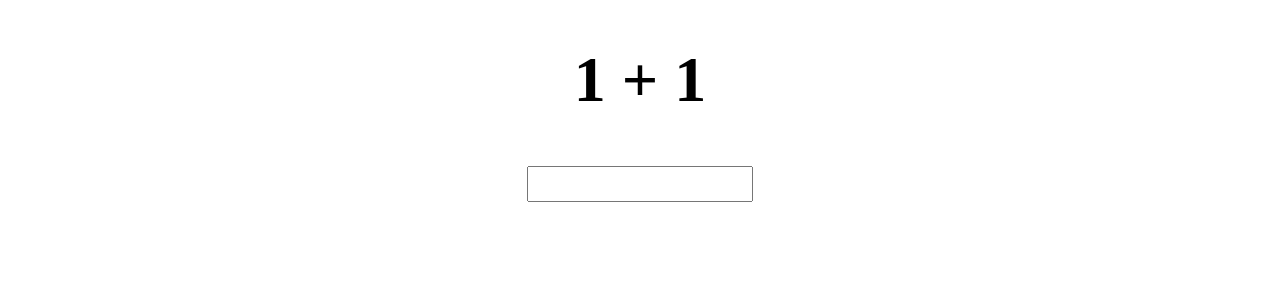
Repository: kegbaDev/React-calculation-game
Page: addition.html
These files come from the project's save history. The page is drawn as it stood at one moment and after a run of saves; the edit follows.
The browser window is 1280 px wide. The pictures show the whole page.
Some web libraries are served in a nearby version.

Above is the page before, as saved 2023-04-22 20:01:48.

### addition.html
<!DOCTYPE html>
<html lang="en">

<head>
    <meta charset="UTF-8">
    <meta http-equiv="X-UA-Compatible" content="IE=edge">
    <meta name="viewport" content="width=device-width, initial-scale=1.0">

    <script src="https://unpkg.com/react@16/umd/react.development.js" crossorigin></script>
    <script src="https://unpkg.com/react-dom@16/umd/react-dom.development.js" crossorigin></script>
    <script src="https://unpkg.com/babel-standalone@6/babel.min.js"></script>
    <title>Hello</title>

    <style>
        #app {
            text-align: center;
            color: #000;
            font-size: 2em;
        }
        .input{
            width: 17vw;
            height: 30px;
        }

    </style>
</head>

<body>

    <div id="app"></div>

    <script type="text/babel">

        class Addition extends React.Component {
            constructor(props){
                super(props)
                this.state = {
                    num1: 1,
                    num2: 1,
                    score: 0,
                    reponse: ""
                }
            }

            render(){
                return(
                    <div>
                        <h1> { this.state.num1 } + { this.state.num2 } </h1>
                        <input onKeyPress = { this.inputKeyPress } onChange = { this.updateReponse } value = { this.state.response } class = 'input'/>
                    </div>
                );
            }

            updateReponse = ( event ) => {
                this.setState({
                    response: event.target.value
                })
            }

            inputKeyPress = (event) => {
                if(event.key === 'Enter'){
                    // Do something if right
                    const answer = parseInt(this.state.response);

                    if( answer === this.state.num1 + this.state.num2 ){
                        this.setState(oldState => ({
                            score: oldState.score + 1,
                            num1: Math.ceil(Math.random() * 10 ),
                            num2: Math.ceil(Math.random() * 10 ),
                            response: ''
                        }))
                    } else{

                    }
                } else {
                    // Do something if wrong

                }
            }
        }

        class App extends React.Component{
            render(){
                return(
                    <div>
                        <Addition/>
                    </div>
                );
            }
        }

        ReactDOM.render(<App/>, document.querySelector('#app'))
    </script>
</body>

</html>

After the next 3 saves:
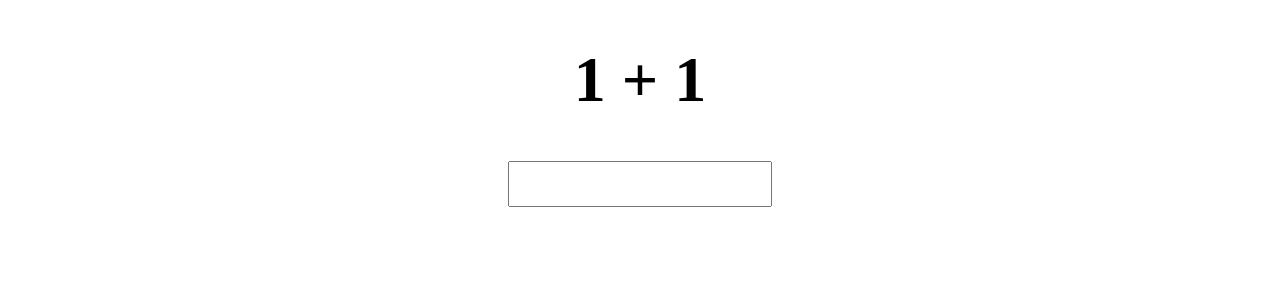
The 3 saves are shown as one change because they came seconds apart.
The last was saved 25 s later.
--- a/addition.html
+++ b/addition.html
@@ -18,8 +18,8 @@
             font-size: 2em;
         }
         .input{
-            width: 17vw;
-            height: 30px;
+            width: 20vw;
+            height: 40px;
         }
 
     </style>
